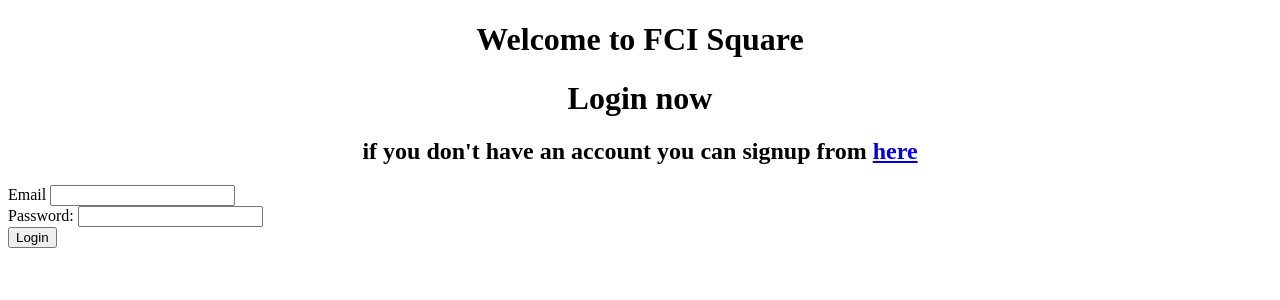
Repository: Mohammed7852/eclipse_Materials
Page: http://localhost/FCISquareApp/WEB-INF/jsp/Login.jsp
An editor plug-in stored every save of this project. The page is shown before and after the next save, followed by the edit.
The browser window is 1280 px wide. The pictures show the whole page.
The page is served by Tomcat 9. Nobody is signed in. The template is opened directly, without the code that normally fills it, so the values that code supplies are empty.

Above is the page before, as saved 2016-03-26 17:16:00.

After the next save:
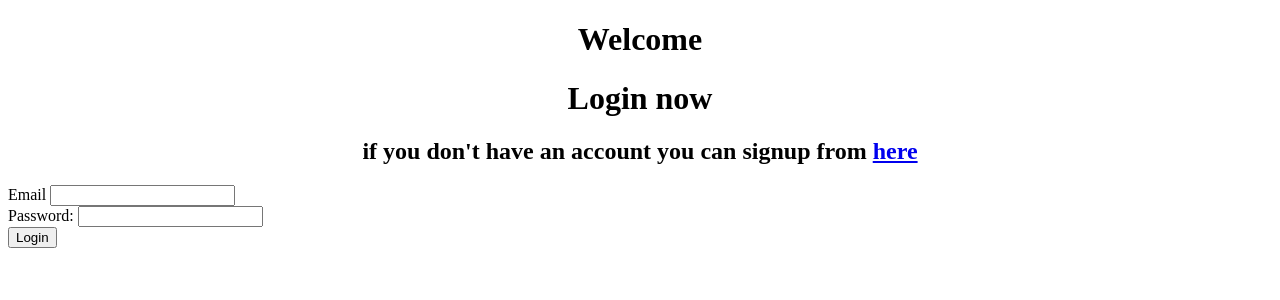
Saved 57 s later.
--- a/eclips/FCISquareApp/WebContent/WEB-INF/jsp/Login.jsp
+++ b/eclips/FCISquareApp/WebContent/WEB-INF/jsp/Login.jsp
@@ -11,7 +11,7 @@
 
 <body>
 	<center>
-		<h1>Welcome to FCI Square</h1>
+		<h1>Welcome</h1>
 		<h1>Login now</h1>
 		<h2>
 			if you don't have an account you can signup from <a
